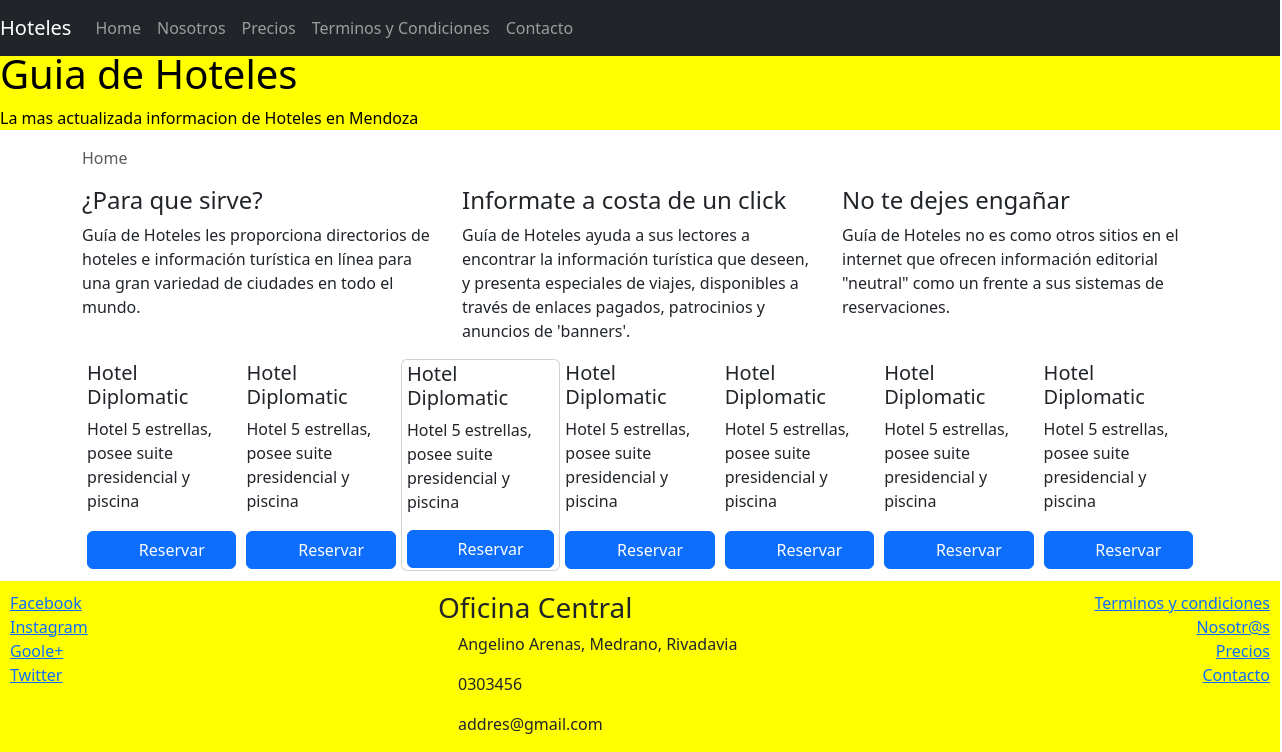
Repository: JulianMoralesSantoni/PaginaHoteles
Page: index.html
These files come from the project's save history. The page is drawn as it stood at one moment and after the next save; the edit follows.
The browser window is 1280 px wide. The page is 1282 px wide, so the pictures cover 1282 px, including what lies to the right of the window. The pictures show the whole page.
Some web fonts or font styles are not loaded; a fallback is used. Some web libraries are served in a nearby version.

Above is the page before, as saved 2021-03-30 01:05:57.

After the next save:
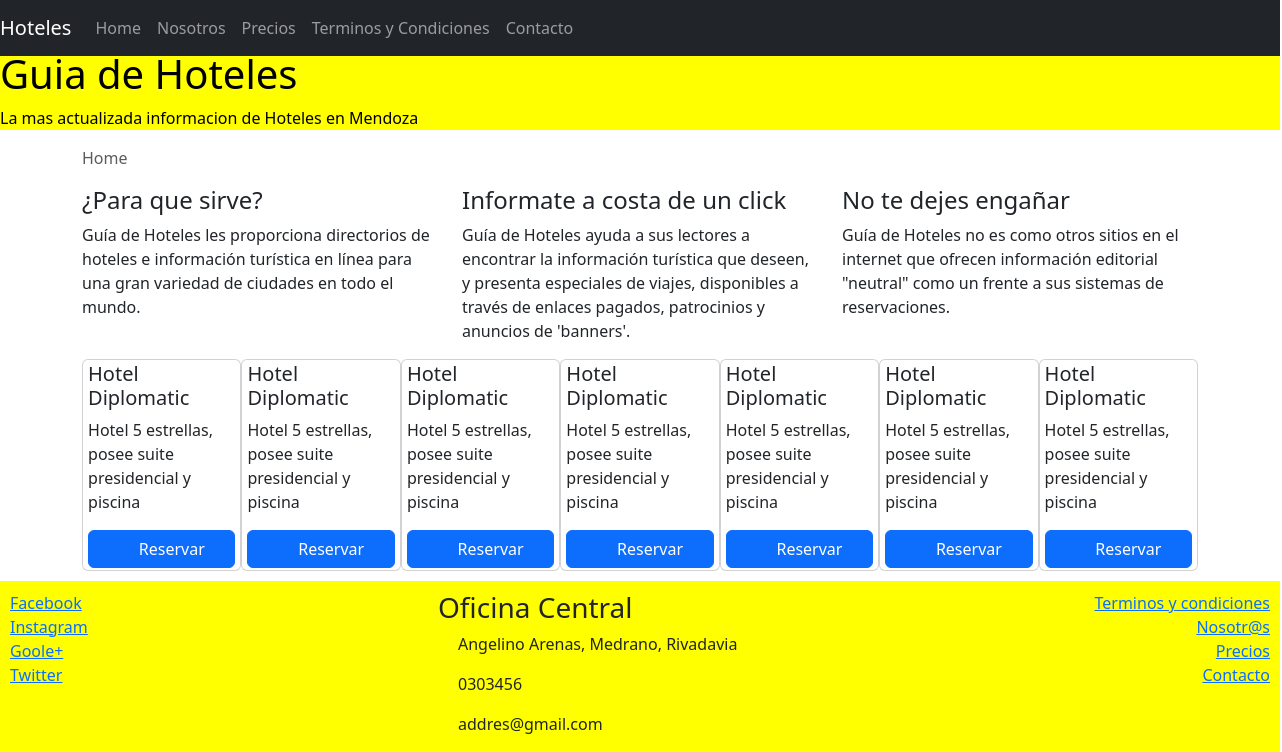
Saved 67 s later.
--- a/index.html
+++ b/index.html
@@ -70,7 +70,7 @@
 
 
     <div class="d-flex flex-wrap flex-row-reverse">
-       <div class="card-hotel d-flex flex-column justify-content-between ">
+       <div class=" card card-hotel d-flex flex-column justify-content-between ">
            <div>
              <h5>Hotel Diplomatic</h5>
               <p>Hotel 5 estrellas, posee suite presidencial y piscina</p></div>
@@ -78,7 +78,7 @@
             </div>
 
 
-    <div class="card-hotel d-flex flex-column justify-content-between">
+    <div class="card card-hotel d-flex flex-column justify-content-between">
       <div> <h5>Hotel Diplomatic</h5>
               <p>Hotel 5 estrellas, posee suite presidencial y piscina</p></div>
               <div><button class="btn btn-primary btn-reserva"><span class="oi oi-plus footer-address-icon" ></span>Reservar</button></div>
@@ -86,7 +86,7 @@
 
     </div>
 
-    <div class="card-hotel d-flex flex-column justify-content-between">
+    <div class="card card-hotel d-flex flex-column justify-content-between">
 
        <div><h5>Hotel Diplomatic</h5>
               <p>Hotel 5 estrellas, posee suite presidencial y piscina</p></div>
@@ -94,7 +94,7 @@
 
     </div>
 
-    <div class=" card-hotel d-flex flex-column justify-content-between">
+    <div class="card card-hotel d-flex flex-column justify-content-between">
        <div><h5>Hotel Diplomatic</h5>
               <p>Hotel 5 estrellas, posee suite presidencial y piscina</p></div>
               <div><button class="btn btn-primary btn-reserva"><span class="oi oi-plus footer-address-icon" ></span>Reservar</button></div>
@@ -108,13 +108,13 @@
               <div><button class="btn btn-primary  btn-reserva"><span class="oi oi-plus footer-address-icon" ></span>Reservar</button></div>
             </div>
 
-  <div class="card-hotel d-flex flex-column justify-content-between">
+  <div class="card card-hotel d-flex flex-column justify-content-between">
            <div>
              <h5>Hotel Diplomatic</h5>
               <p>Hotel 5 estrellas, posee suite presidencial y piscina</p></div>
               <div><button class="btn btn-primary  btn-reserva"><span class="oi oi-plus footer-address-icon" ></span>Reservar</button></div>
             </div>
-  <div class="card-hotel d-flex flex-column justify-content-between">
+  <div class="card card-hotel d-flex flex-column justify-content-between">
            <div>
              <h5>Hotel Diplomatic</h5>
               <p>Hotel 5 estrellas, posee suite presidencial y piscina</p></div>
